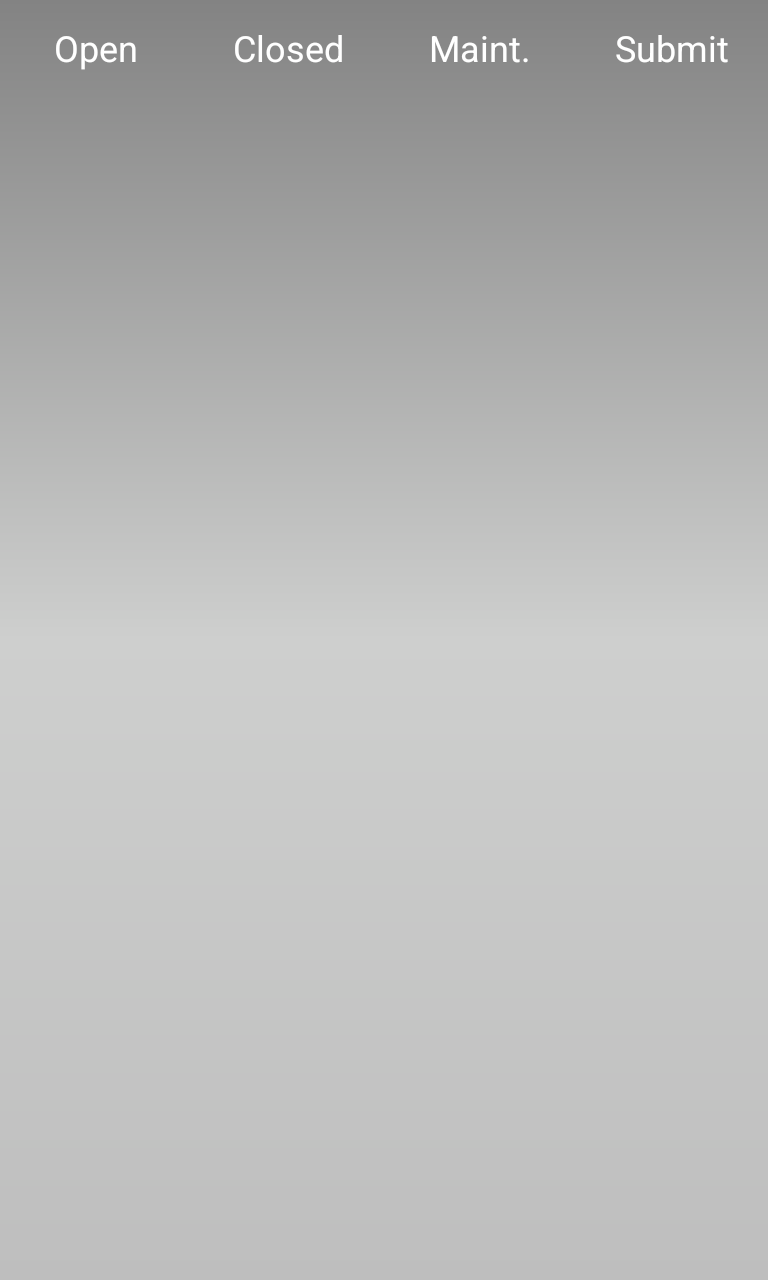
Repository: Pradeep-appstute/First
Layout: Control/res/layout/fragment_tickets.xml
The author's editor kept a copy of each file at every save. The layout is drawn from the files as they stood at one save, then again after the next save.
It is drawn on a 768 x 1280 px phone screen (xhdpi) without system bars, with theme AppTheme; the app's code is not run. Lists and similar views that code fills are empty.

Above is the layout before, as saved 2014-02-11 13:51:31.

After the next save:
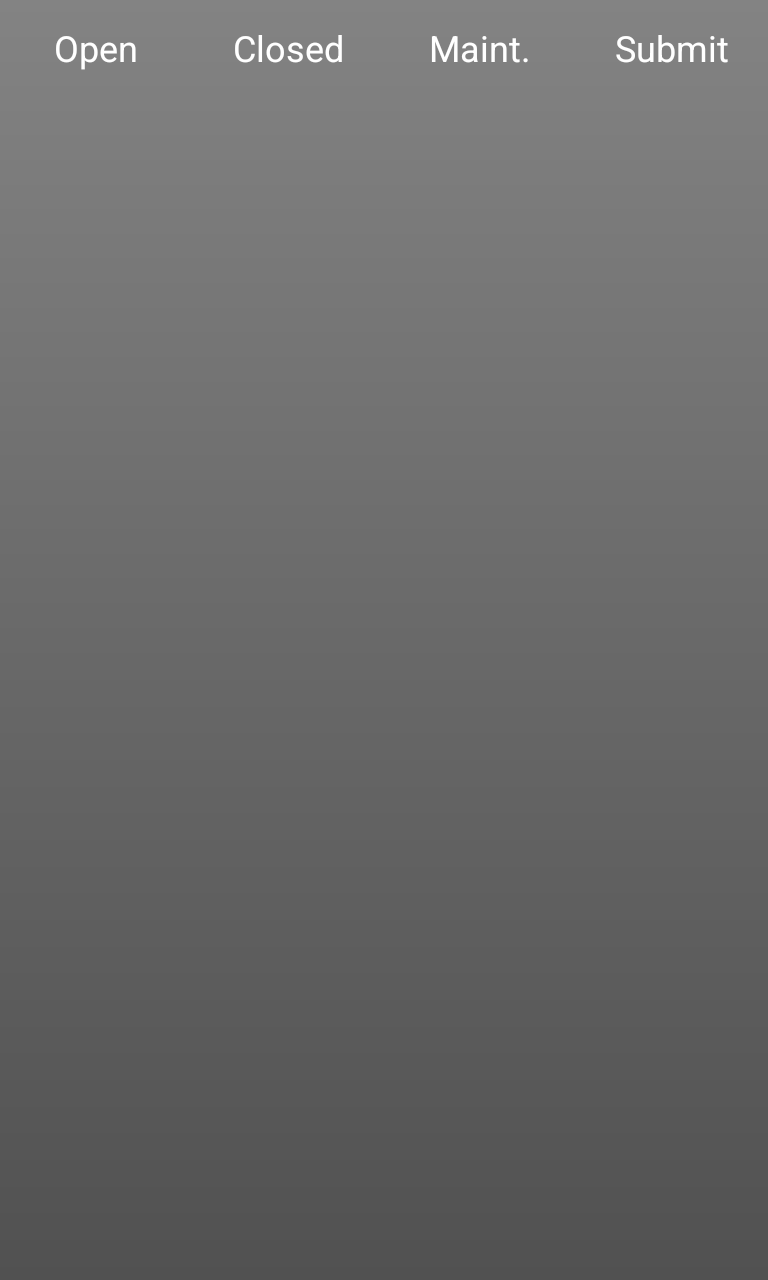
Saved 86 s later.
--- a/Control/res/drawable/gradient_tabbar.xml
+++ b/Control/res/drawable/gradient_tabbar.xml
@@ -3,8 +3,8 @@
 
     <gradient
         android:angle="270"
-        android:centerColor="#FFCECFCE"
-        android:endColor="#FFBEBEBE"
+        android:centerColor="#696969"
+        android:endColor="#515151"
         android:startColor="#838383" />
 
 </shape>
